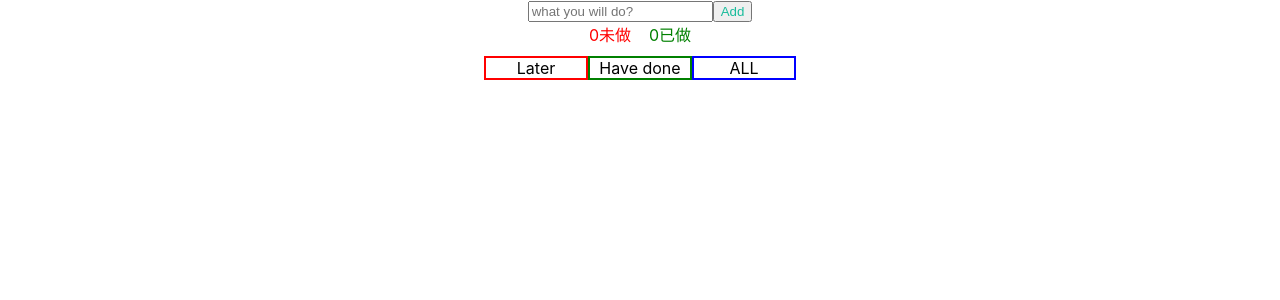
Repository: yurensmile/todolist
Page: /
The author's editor kept a copy of each file at every save. The page is drawn from the files as they stood at one save, then again after the next save.
The browser window is 1280 px wide. The pictures show the whole page.
The project was rebuilt for these pictures with package versions that can differ from the ones it lists, and the page was loaded fresh each time. Also part of the build but not shown: src/All.js, src/HaveDone.js.

Above is the page before, as saved 2019-03-20 17:00:37.

### src/App.js
import React, { Component } from 'react';
import Todos from './Todos'
import './App.css';

class App extends Component {

  constructor() {
    super();
    this.state={
      inputValue: '',
      laters: [],
      havedones: [],
      checked: false,
      id: 1
    };
    this.updateHavedone = this.updateHavedone.bind(this);
    this.updateLaters = this.updateLaters.bind(this);
  }

  handleOnClick() {
    this.setState(state =>{
      const laters = state.laters.concat(state.inputValue);

      return {
        laters,
        inputValue: ""
      }
    })
    console.log(this.state.all);
  }
  updateInputValue(e) {
    this.setState({
      inputValue: e.target.value
    })
  }

// 点击了三栏内容
  contentOnclick(e) {
    let choice = e.target.innerHTML;
    this.setState((preState)=>{
      switch(choice){
        case "Later": return {id: 1};
        case "Have done": return {id: 2};
        case "ALL": return {id: 3};
        default: return {id:1};
      }
    })
  }

 // 如果todo中的某个被点击，则在todo中删除，并添加到havedone中
  updateHavedone(index, item){
    this.setState(state => {
      let n = state.laters.indexOf(item);
      let tem = state.laters.slice();
      tem.splice(n, 1);
      let havedones = state.havedones.concat(item);
      return ({
        havedones,
        laters: tem
      })
    })
  }

// 如果havedone中的某个被点击，则在havedone中删除，并添加到later中
  updateLaters(index, item){
    console.log("this is updatelaters");
    this.setState(state => {
      let n = state.havedones.indexOf(item);
      let tem = state.havedones.slice();
      tem.splice(n, 1);
      let laters = state.laters.concat(item);
      return({
        laters,
        havedones: tem
      })
    })
  }

  render() {
    return (
      <div className="App">
        <input type="text" placeholder="what you will do?" name="todo" value={this.state.inputValue} onChange={this.updateInputValue.bind(this)}/>
        <button onClick={this.handleOnClick.bind(this)}>Add</button><br/>
        <span style={{color: "red"}}>{this.state.laters.length}未做&nbsp;&nbsp;&nbsp;&nbsp;</span>
        <span style={{color: "green"}}>{this.state.havedones.length}已做</span>
        <div id="content" onClick={this.contentOnclick.bind(this)}>
          <div className="choice later">Later</div>
          <div className="choice havedone" >Have done</div>
          <div className="choice all">ALL</div>
        </div>
        {/* 列表内容 */}
        <Todos
          id={this.state.id}
          laters={this.state.laters}
          havedones={this.state.havedones}
          all={this.state.all}
          updateHavedones={this.updateHavedone}
          updateLaters={this.updateLaters}
        />
      </div>
    );
  }
}

export default App;

### src/Todos.js
import React, { Component } from 'react';
import All from './All'
import HaveDone from './HaveDone'
import Later from './Later'

class Todos extends Component{

  render(){
    return(
      <div>
        {
          (()=>{
            switch(this.props.id){
              case 1: return <Later laters={this.props.laters}
                                  updateHavedones={this.props.updateHavedones}
                                  />;
              case 2: return <HaveDone havedones={this.props.havedones}
                                  updateLaters={this.props.updateLaters}
                                  />;
              case 3: return <All laters={this.props.laters} havedones={this.props.havedones}/>
              default: console.log("sofunny");
            }

          })()}
      </div>
    )
  }
}
export default Todos;

### src/App.css
.App {
  text-align: center;
}

input[type="checkbox"]{
  visibility: hidden;
}

ul{
  list-style-type: none;
}
li{
  display: inline-block;
  width: 100px;
  height: 40px;
  line-height: 30px;
  height: 30px;
  margin-bottom: 4px;
}
.choice{
  margin-top: 10px;
  display: inline-block;
  width: 100px;
  text-align: center;
  border:2px solid rgb(197, 193, 193);
}
.later{
  border-color: red;
}
.havedone{
  border-color: green;
}
.all{
  border-color: blue;
}

.toggle{
  display: inline-block;
}
.App-link {
  color: #61dafb;
}
button{
  color: rgba(26, 188, 156,1.0);
}

### src/Later.js
import React, { Component } from 'react';

class Later extends Component{
  constructor(props){
    super(props);
    this.state = {
      checked: false,
    };
  }

  // 点击了todo 列表的内容
  handleTodoOnclick(checked, index, item, e){
    // if e.target is not text
        // let box = e.target.previousSibling;
        this.setState((preState)=>{
          return {checked: !preState.checked}
        });
        if(checked){
          // thing to later
          // box.checked = false;
        }else{
          // thing to have done
          // box.checked = true;
  //如果later中的某个被点击，则在later中删除，并添加到havedone中
          this.props.updateHavedones(index, item);
        }
      }
  render(){
    return (
      <ul>
        {this.props.laters.map((item, index)=>{
          return (
            <div onClick={
              this.handleTodoOnclick.bind(this, this.state.checked, index, item)
              }>
              <input className="toggle" type="checkbox"/>
              <li style={{color: "red"}} key={index}>{item}</li>
            </div>
          )
        })}
      </ul>
    )
  }
}

export default Later;

Loaded but not shown: public/index.html (common file); src/index.js (common file); src/index.css (common file); src/serviceWorker.js (common file)

After the next save:
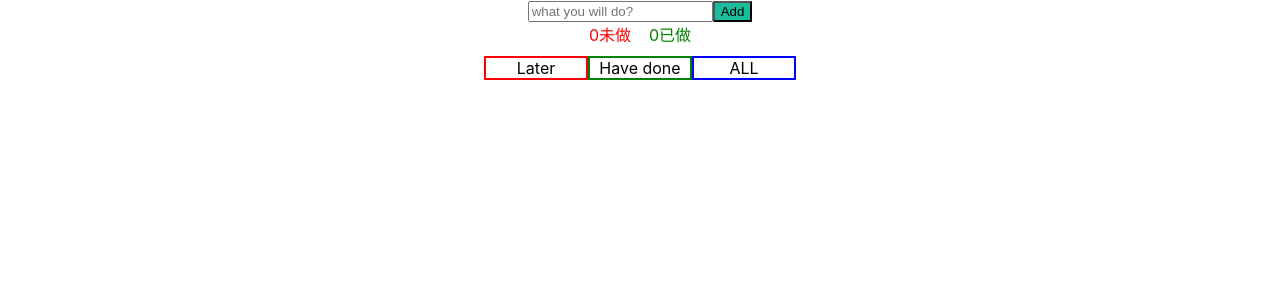
Saved 18 s later.
--- a/src/App.css
+++ b/src/App.css
@@ -41,5 +41,5 @@ li{
   color: #61dafb;
 }
 button{
-  color: rgba(26, 188, 156,1.0);
+  background-color: rgba(26, 188, 156,1.0);
 }
